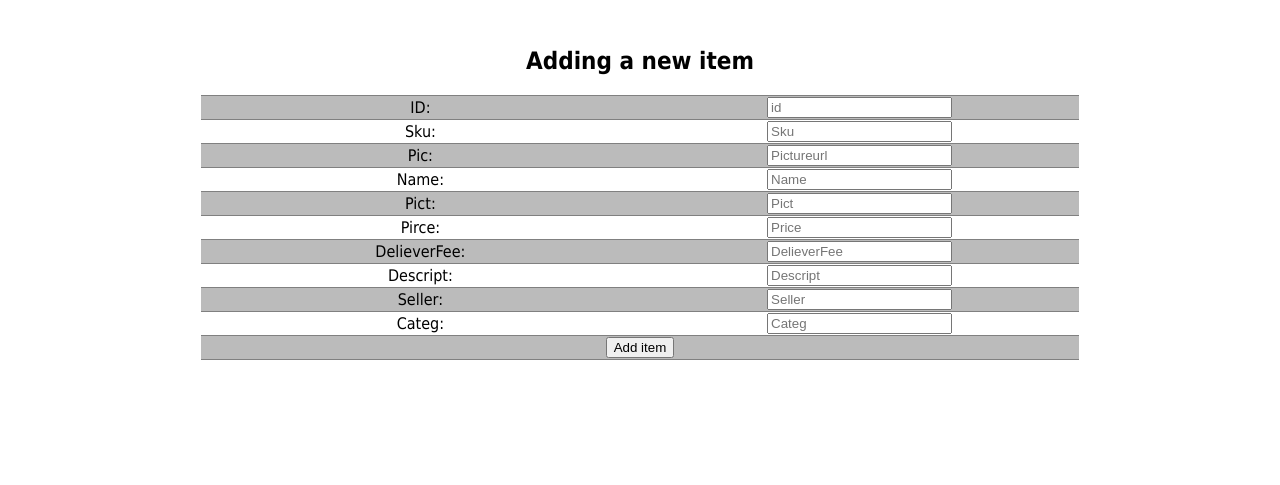
Repository: UnforgivenZZZ/bulldog
Page: bulldog/WebContent/WEB-INF/addingitem.html
These files come from the project's save history. The page is drawn as it stood at one moment and after the next save; the edit follows.
The browser window is 1280 px wide. The pictures show the whole page.

Above is the page before, as saved 2017-07-13 01:35:53.

After the next save:
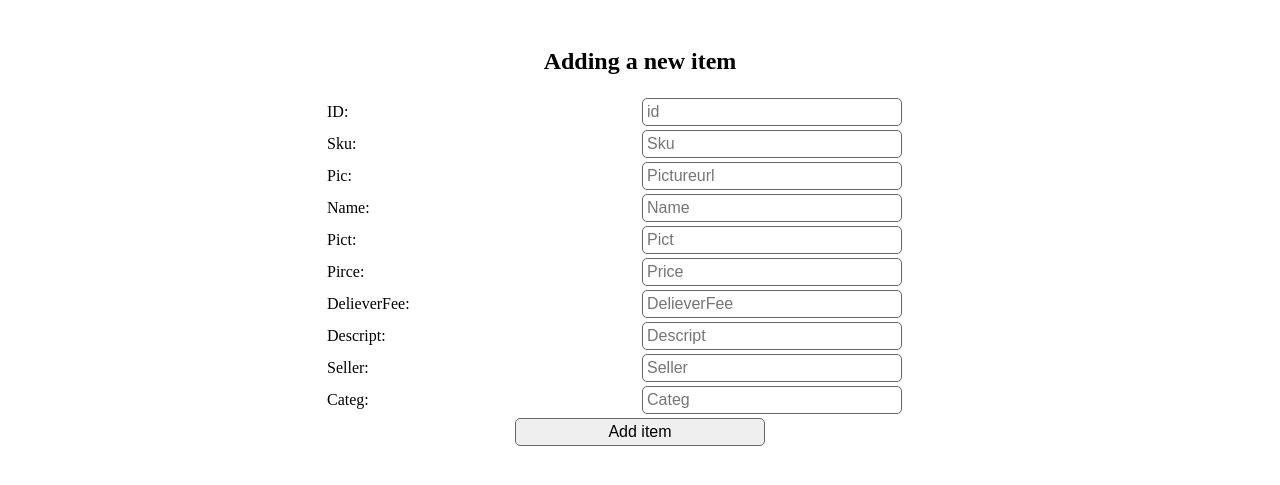
Saved 24 s later.
--- a/bulldog/WebContent/WEB-INF/addingitem.html
+++ b/bulldog/WebContent/WEB-INF/addingitem.html
@@ -3,7 +3,7 @@
 <head>
 <meta http-equiv="Content-Type" content="text/html; charset=ISO-8859-1">
 <title>Send an e-mail</title>
-<link type="text/css" rel="stylesheet" href="css/itemviewstyle.css">
+<link type="text/css" rel="stylesheet" href="css/add-products-style.css">
 </head>
 <body>
 
